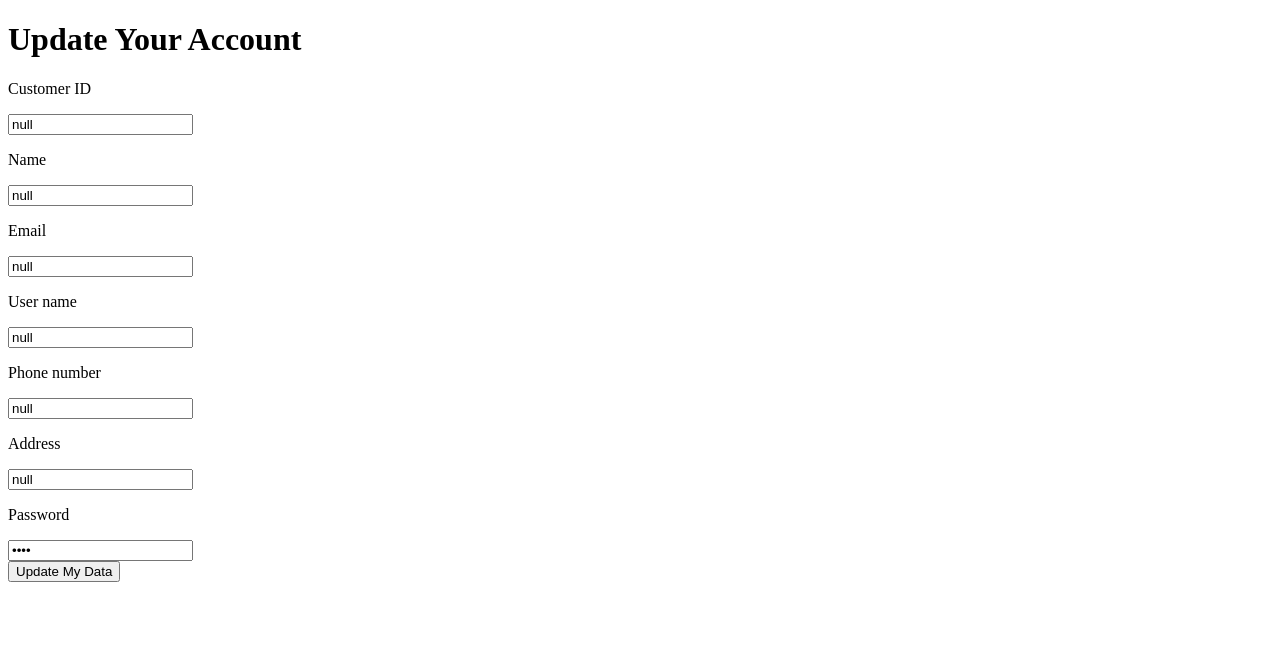
Repository: GamithaManawadu/RentJet-Online-Vehicle-Rental-System
Page: http://localhost/CustomerRegistration/updatecustomer.jsp
The author's editor kept a copy of each file at every save. The page is drawn from the files as they stood at one save, then again after the next save.
The browser window is 1280 px wide. The pictures show the whole page.
The page is served by Tomcat 9.

Above is the page before, as saved 2020-05-12 12:35:34.

After the next save:
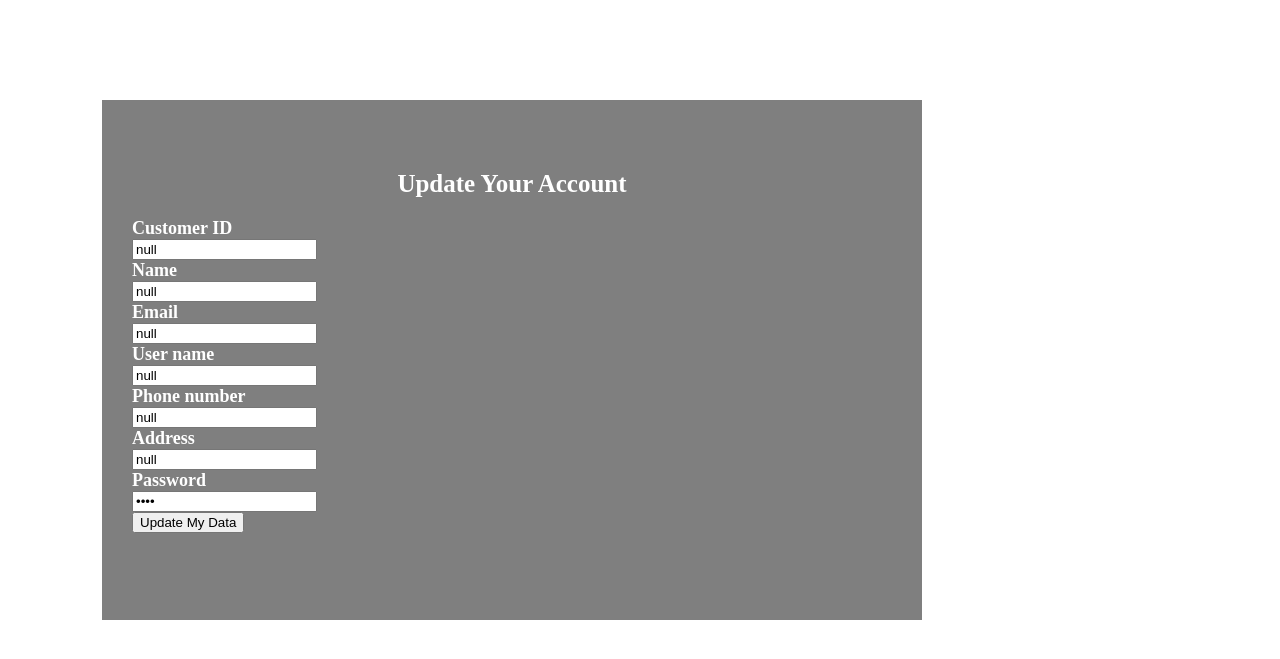
Saved 58 s later.
--- a/CustomerRegistration/WebContent/updatecustomer.jsp
+++ b/CustomerRegistration/WebContent/updatecustomer.jsp
@@ -5,6 +5,7 @@
 <head>
 <meta charset="ISO-8859-1">
 <title>Update My Profile</title>
+<link rel="stylesheet" type="text/css" href="update.css"/>
 </head>
 <body>
 	<%
